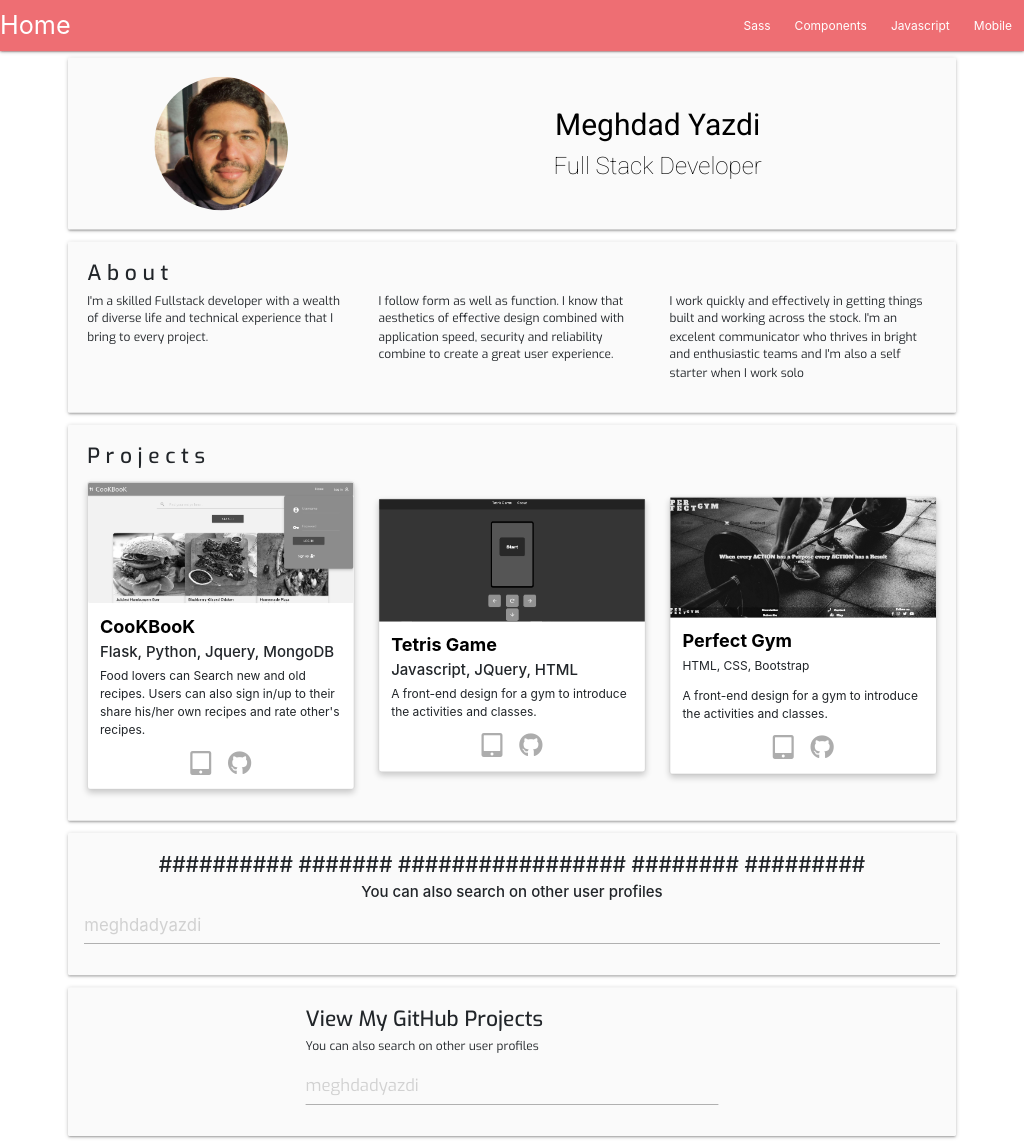
Repository: meghdadyazdi/SD_Res
Page: index.html
The author's editor kept a record of every edit. The page is drawn from the files as they stood at one moment, then again after the next edit.
The browser window is 1280 px wide. The pictures show the whole page, at 80% of full size.
Some web libraries are served in a nearby version.

Above is the page before.
Console error: ReferenceError: $ is not defined

After the next edit:
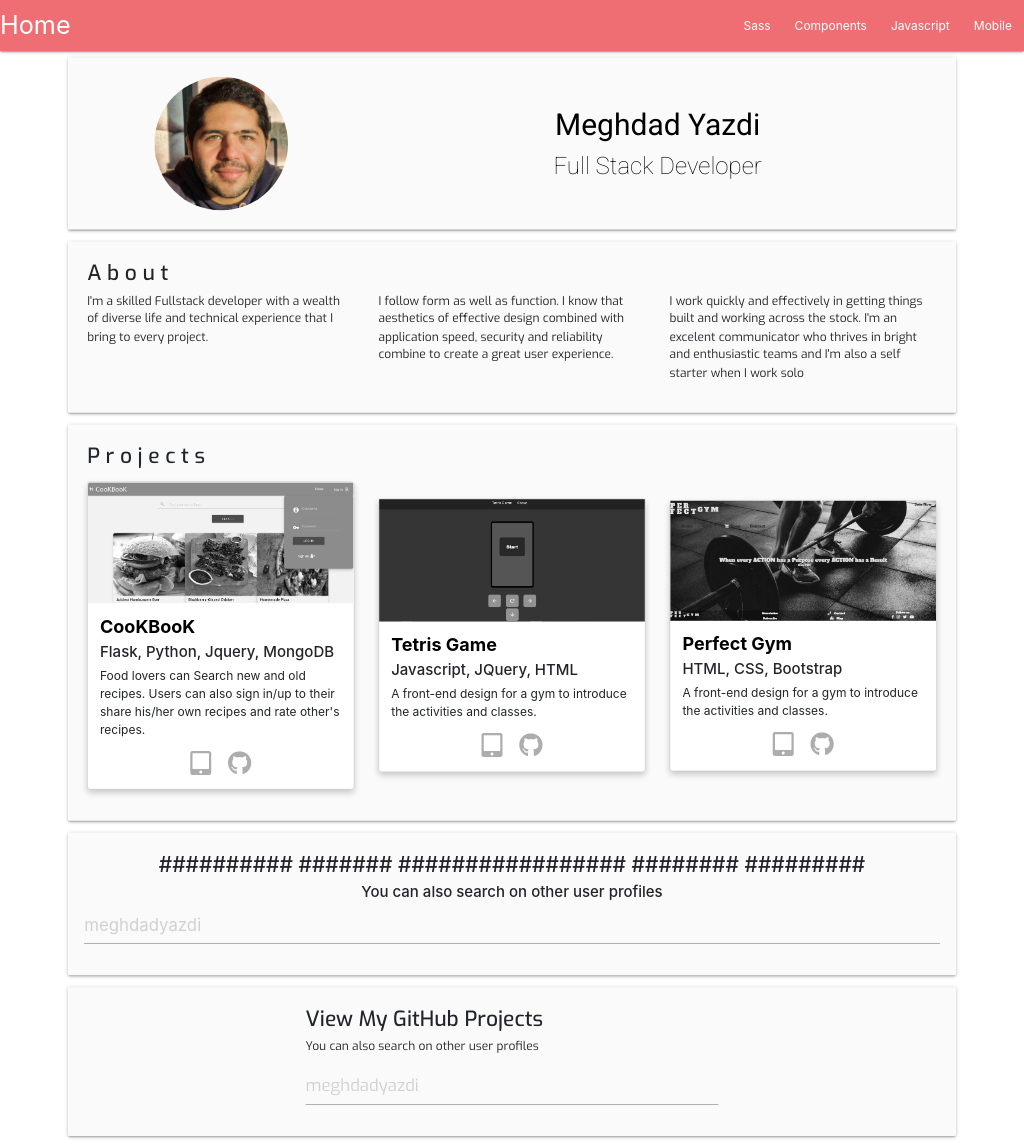
The edit:
--- a/index.html
+++ b/index.html
@@ -139,7 +139,7 @@
         <img id="img-gym" src="assets/images/gym.png" alt="Gym" class="work-img" style="width:100%">
         <div class="container">
           <h4><b>Perfect Gym</b></h4>
-          <p>HTML, CSS, Bootstrap</p>
+          <h5>HTML, CSS, Bootstrap</h5>
           <p>A front-end design for a gym to introduce the activities and classes.</p>
           <p class="par"><a href="https://meghdadyazdi.github.io/UCFD-Milestone/index.html" target="_blank"><i class="fas fa-tablet-alt"></i></a>
           &nbsp&nbsp&nbsp&nbsp<a href="https://github.com/meghdadyazdi/UCFD-Milestone" target="_blank"><i class="fab fa-github"></i></a></p>
